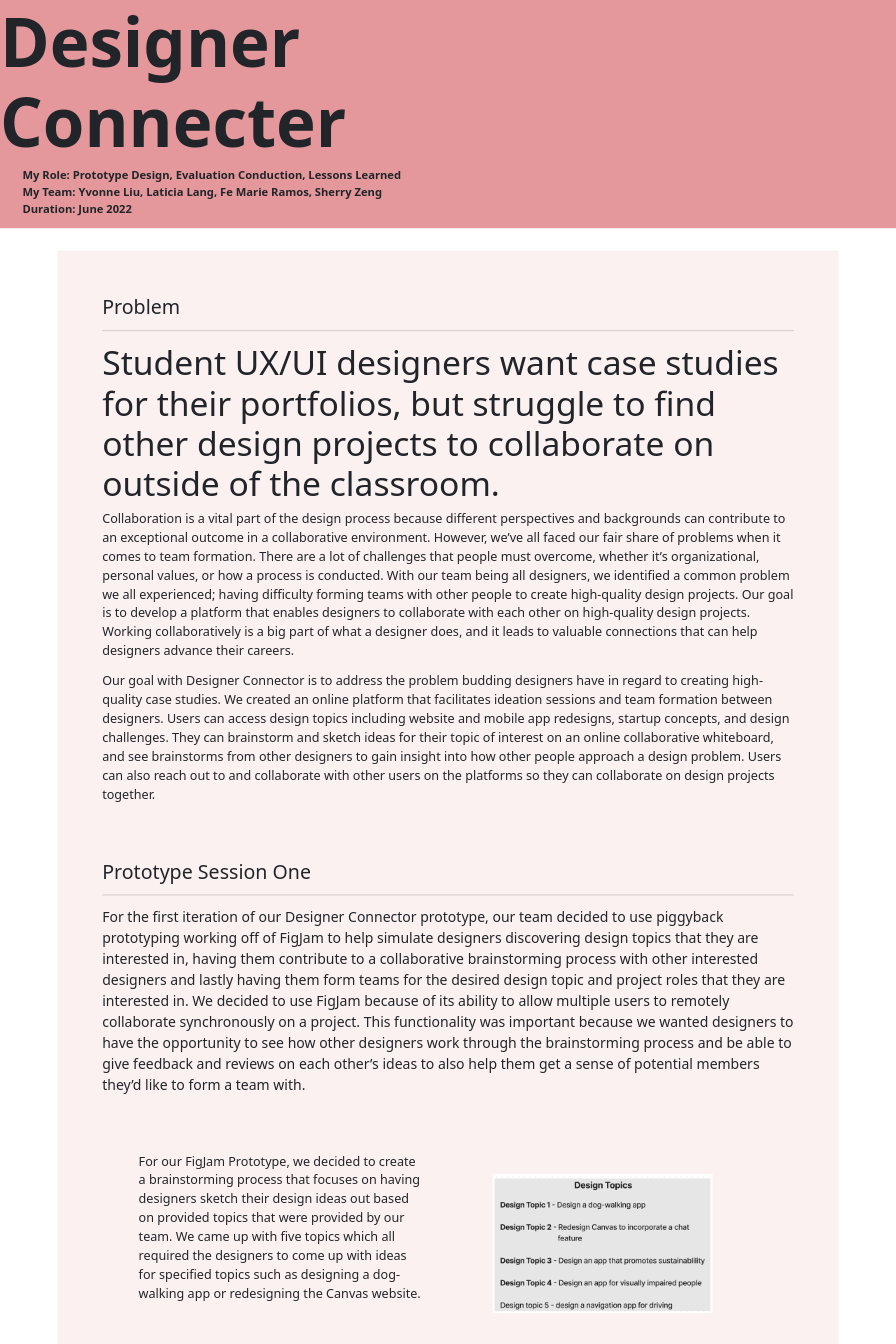
Repository: thais-chen/Portfolio
Page: designer.html
These files come from the project's save history. The page is drawn as it stood at one moment and after a run of saves; the edit follows.
The browser window is 1280 px wide. The pictures show the part of the page from y = 0 to 1920 px (the page is 11009 px tall before and 11033 px after), at 70% of full size.
A picture or video elsewhere on the page could not be fetched, so the positions and the page height are approximate.

Above is the page before, as saved 2022-06-21 03:06:19.

After the next 3 saves:
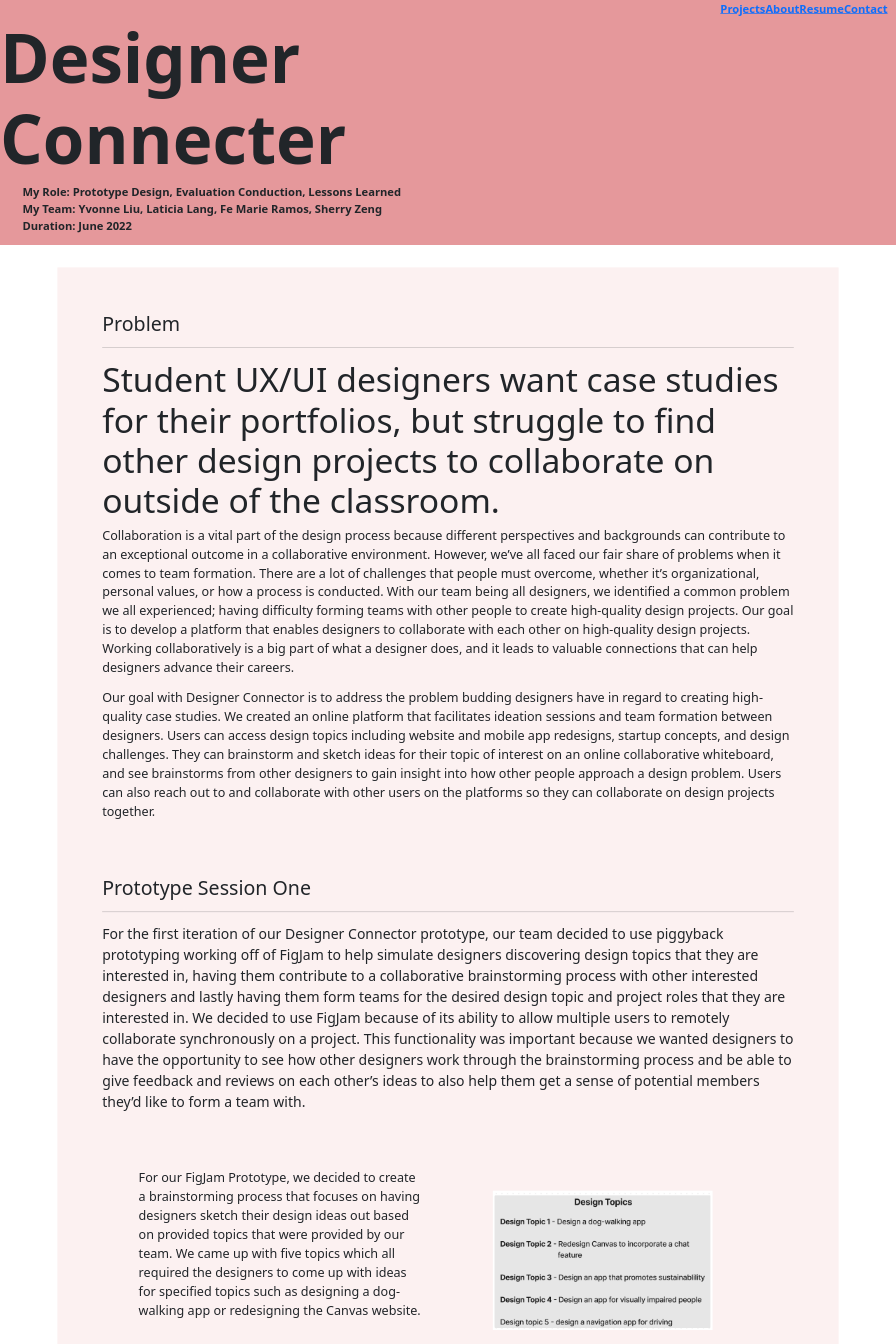
The 3 saves are shown as one change because they came seconds apart.
The last was saved 103 s later.
--- a/designer.html
+++ b/designer.html
@@ -16,6 +16,21 @@
     </head>
     <body>
        <header>
+
+        <nav>
+            <div class="container-fluid">
+                <ul class="nav justify-content-end">
+
+                    <li class="nav-item"><a href="#projects"> Projects</a></li>
+                    <li class="nav-item"><a href="#about"> About</a> </li>
+                    <li class="nav-item"><a href="#projects"> Resume</a></li>
+                    <li class="nav-item "><a href="#contact"> Contact</a></li>
+                </ul>
+        </nav>
+        </div>
+
+
+
         <div>
 
             <div class="col">
